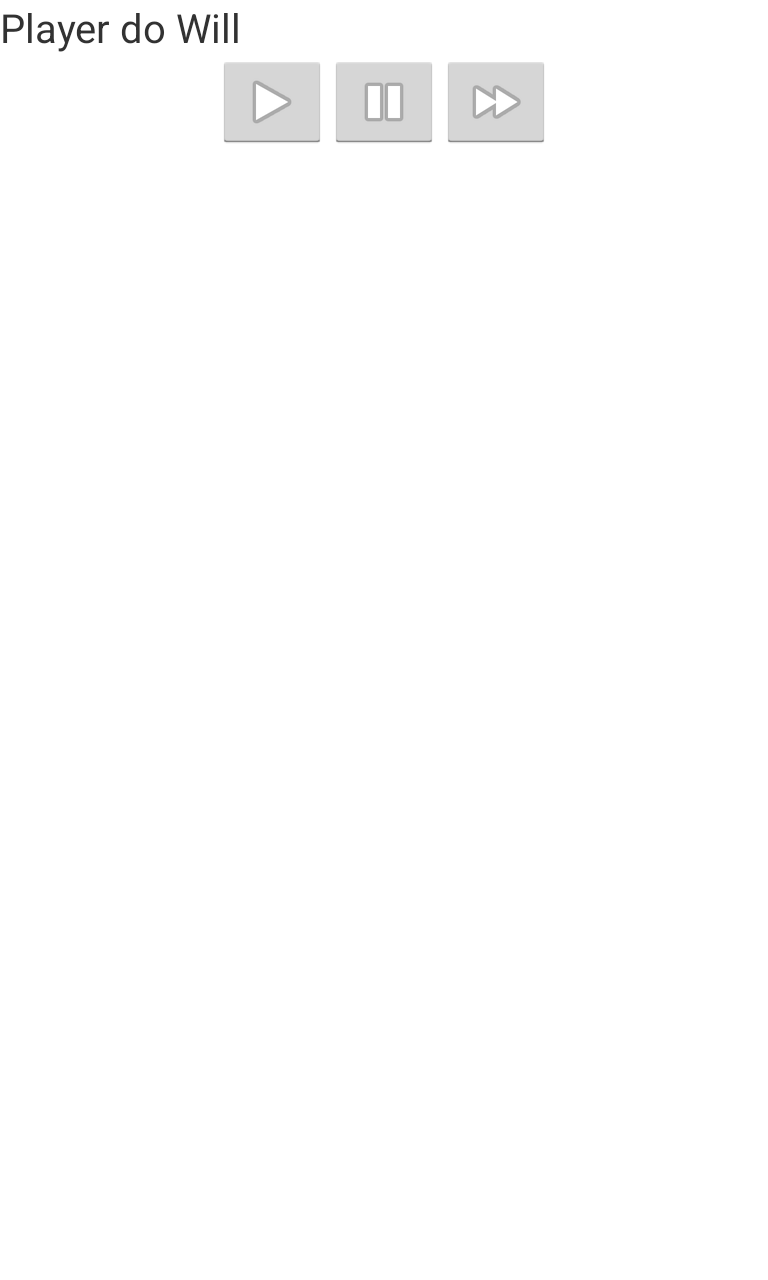
Repository: thiagopsilva/Android-book
Layout: Som/res/layout/activity_som.xml
The author's editor kept a copy of each file at every save. The layout is drawn from the files as they stood at one save, then again after the next save.
It is drawn on a 768 x 1280 px phone screen (xhdpi) without system bars, with theme AppTheme; the app's code is not run.

Above is the layout before, as saved 2012-12-17 12:46:13.

### Som/res/layout/activity_som.xml
<?xml version="1.0" encoding="utf-8"?>
<LinearLayout xmlns:android="http://schemas.android.com/apk/res/android"
	android:layout_width="fill_parent"
	android:layout_height="fill_parent"
	android:orientation="vertical" >

	<TextView
		android:layout_width="fill_parent"
		android:layout_height="wrap_content"
		android:text="Player do Will"
		android:textSize="20sp"/>




<LinearLayout
	android:id="@+id/linearLayout2"
	android:layout_width="match_parent"
	android:layout_height="wrap_content" android:orientation="horizontal" android:gravity="center">

	<ImageButton
		android:id="@+id/bttocar"
		android:src="@android:drawable/ic_media_play"
		android:layout_width="wrap_content"
		android:layout_height="wrap_content"/>

	<ImageButton
		android:id="@+id/btpausar"
		android:src="@android:drawable/ic_media_pause"
		android:layout_width="wrap_content"
		android:layout_height="wrap_content" />

	<ImageButton
	    android:id="@+id/btstop"
	    android:src="@android:drawable/ic_media_ff"
	    android:layout_width="wrap_content"
	    android:layout_height="wrap_content"/>

</LinearLayout>

</LinearLayout>

Loaded but not shown: Som/res/values/styles.xml (common file); Som/res/values-v11/styles.xml (common file); Som/res/values-v14/styles.xml (common file)

After the next save:
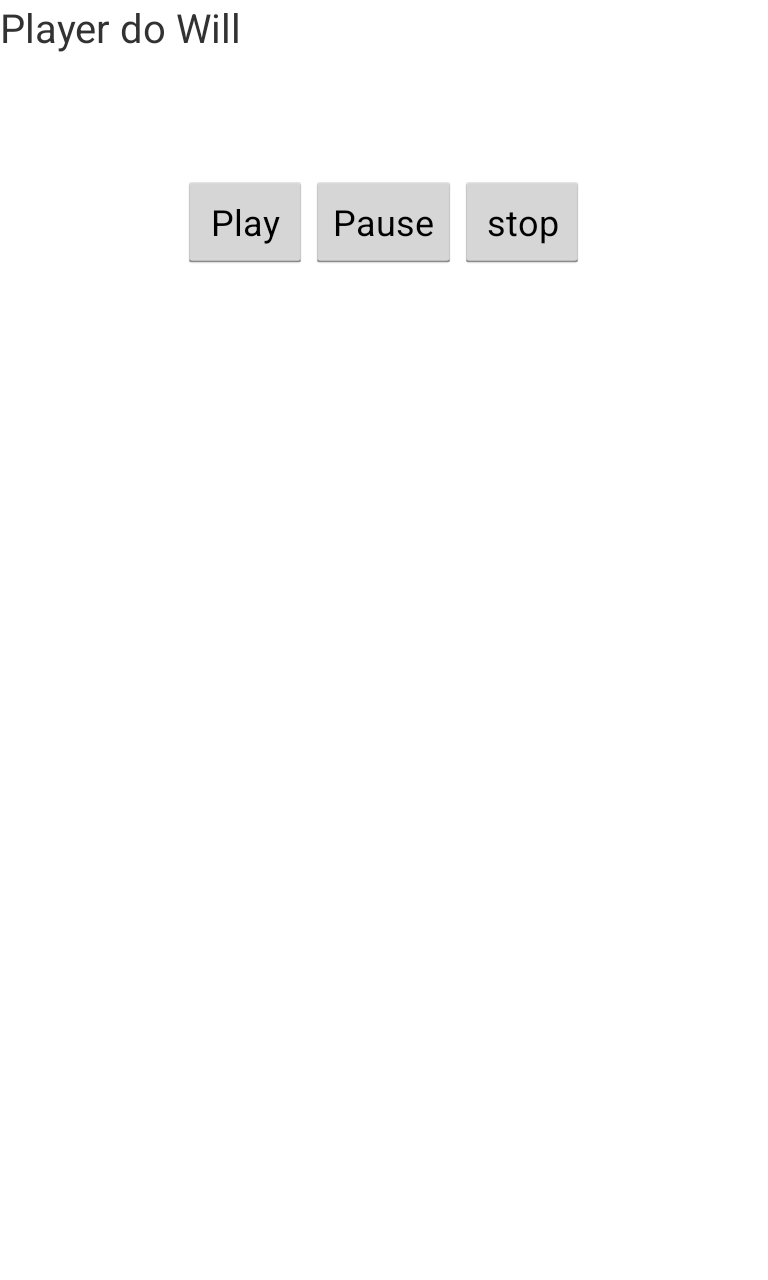
Saved 33 s later.
--- a/Som/res/layout/activity_som.xml
+++ b/Som/res/layout/activity_som.xml
@@ -10,31 +10,42 @@
 		android:text="Player do Will"
 		android:textSize="20sp"/>
 
+<LinearLayout
+	android:id="@+id/linearLayout1"
+	android:layout_width="match_parent"
+	android:layout_height="60sp"
+	android:gravity="center"
+	android:orientation="horizontal">
 
+	<ImageView
+		android:id="@+id/imageView1"
+		android:layout_width="wrap_content"
+		android:layout_height="60sp" />
 
+</LinearLayout>
 
 <LinearLayout
 	android:id="@+id/linearLayout2"
 	android:layout_width="match_parent"
 	android:layout_height="wrap_content" android:orientation="horizontal" android:gravity="center">
 
-	<ImageButton
+	<Button
 		android:id="@+id/bttocar"
-		android:src="@android:drawable/ic_media_play"
 		android:layout_width="wrap_content"
-		android:layout_height="wrap_content"/>
+		android:layout_height="wrap_content"
+		android:text="Play" />
 
-	<ImageButton
+	<Button
 		android:id="@+id/btpausar"
-		android:src="@android:drawable/ic_media_pause"
 		android:layout_width="wrap_content"
-		android:layout_height="wrap_content" />
+		android:layout_height="wrap_content"
+		android:text="Pause" />
 
-	<ImageButton
+	<Button
 	    android:id="@+id/btstop"
-	    android:src="@android:drawable/ic_media_ff"
 	    android:layout_width="wrap_content"
-	    android:layout_height="wrap_content"/>
+	    android:layout_height="wrap_content"
+	    android:text="stop"/>
 
 </LinearLayout>
 
